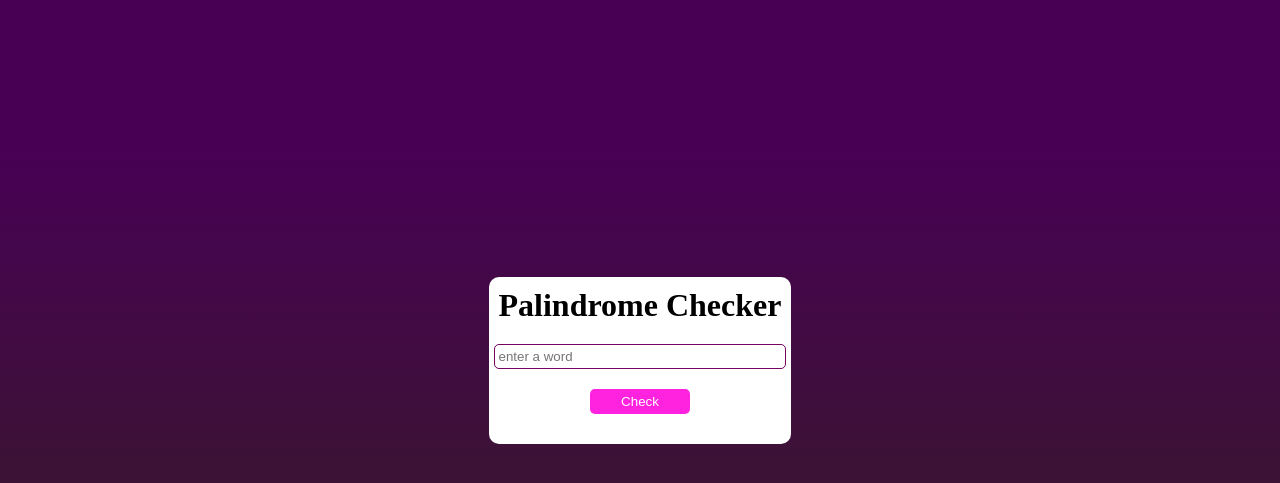
Repository: albinsabu2023/palindromeChecker
Page: index.html
An editor plug-in stored every save of this project. The page is shown before and after the next save, followed by the edit.
The browser window is 1280 px wide. The pictures show the whole page.

Above is the page before, as saved 2023-09-12 01:22:34.

### index.html
<!DOCTYPE html>
<html lang="en">
<head>
    <meta charset="UTF-8">
    <meta name="viewport" content="width=device-width, initial-scale=1.0">
    <title>Document</title>
    <link rel="stylesheet" href="style.css">
</head>
<body>
    <div class="container">
        <h1>Palindrome Checker</h1>
        <input type="text" id="inputText" placeholder="enter a word">
        <button id="checkButton">Check</button>
        <div id="result">

        </div>
    </div>
    <script src="home.js"></script>
</body>
</html>

### style.css
*{
    margin:0;

}
body{
    display: flex;
    align-items: center;
    justify-content: center;
    height: 100vh;
    background:linear-gradient(rgb(72, 0, 85) 20%, rgb(58, 22, 48) 74%) ;
}
.container{
    padding: 10px;
    margin: 10px;
    background-color: white;
    border-radius: 10px;
    display: flex;
    flex-direction: column ;
    align-items: center;
    justify-content: center;
    gap: 20px;
}
.container input{
    border:1px solid rgb(117, 3, 100);
    border-radius: 5px;
    padding: 4px;
    width: 100%;
}
.container input:focus{
    outline: none;
}
.container button{
    border: none;
    background-color: rgb(255, 34, 222);
    padding: 5px;
    width: 100px;
    border-radius: 5px;
    color: white;



}
.container button:hover{
    background-color: rgb(119, 29, 109);
}

Loaded but not shown: home.js (no copy from this time; the picture is the same without it)

After the next save:
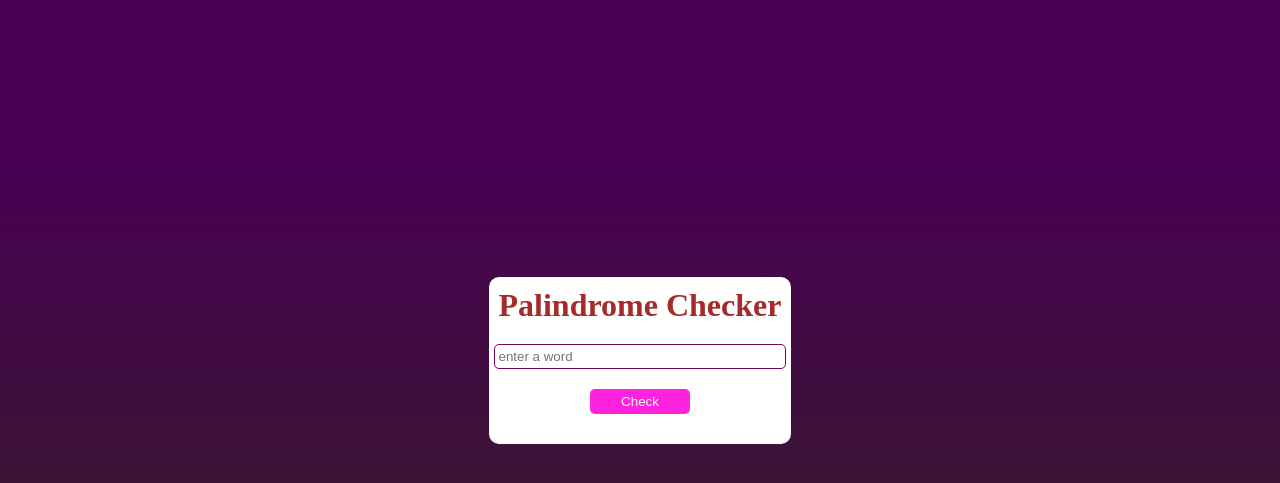
Saved 27 s later.
--- a/style.css
+++ b/style.css
@@ -19,6 +19,9 @@ body{
     align-items: center;
     justify-content: center;
     gap: 20px;
+}
+.container h1{
+    color: brown;
 }
 .container input{
     border:1px solid rgb(117, 3, 100);
